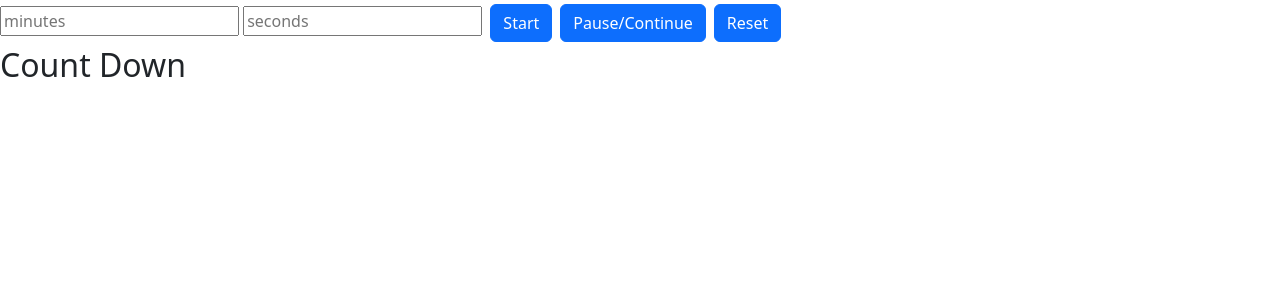
Repository: maheshdama13/reactjs-count-down
Page: /
The author's editor kept a copy of each file at every save. The page is drawn from the files as they stood at one save, then again after the next save.
The browser window is 1280 px wide. The pictures show the whole page.
The project was rebuilt for these pictures with package versions that can differ from the ones it lists, and the page was loaded fresh each time. Also part of the build but not shown: src/App.css.

Above is the page before, as saved 2022-07-01 02:05:38.

After the next save:
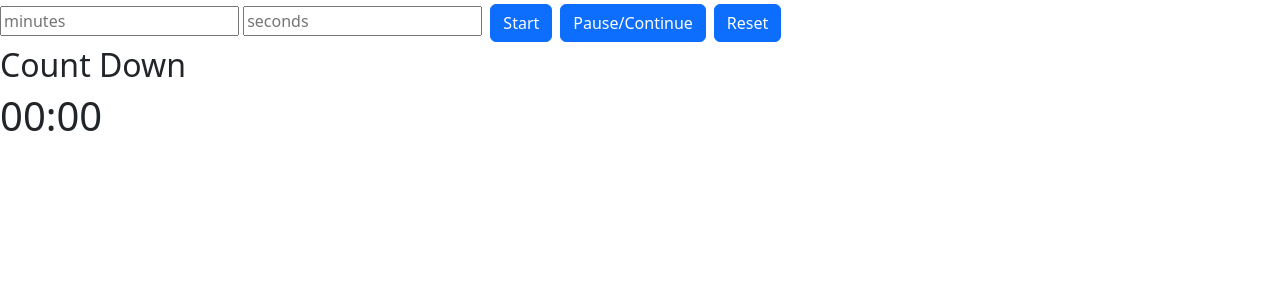
Saved 10 s later.
--- a/src/components/CountDown.js
+++ b/src/components/CountDown.js
@@ -57,7 +57,7 @@
       </form>
 
       <h2>Count Down</h2>
-      <h1>{() => formattedTimer()}</h1>
+      <h1>{formattedTimer}</h1>
     </div>
   )
 }
